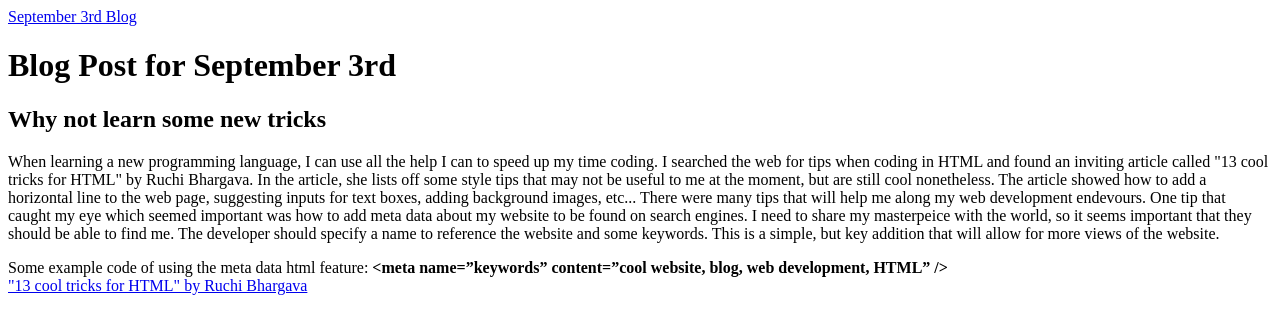
Repository: alharama/WebBlog
Page: second_blog.html
The author's editor kept a copy of each file at every save. The page is drawn from the files as they stood at one save, then again after the next save.
The browser window is 1280 px wide. The pictures show the whole page.

Above is the page before, as saved 2021-09-09 15:47:10.

### second_blog.html
<!DOCTYPE html>

<head>
    <a href="#September3rd"> September 3rd Blog</a>

</head>
<html>

<header>
    <title>Blog Post for September 3rd</title>
</header>

<body>

    <h1>Blog Post for September 3rd</h1>
    <h2>Why not learn some new tricks</h2>
    <p>
        When learning a new programming language, I can use all the help I can to speed
        up my time coding. I searched the web for tips when coding in HTML and found an inviting
        article called "13 cool tricks for HTML" by Ruchi Bhargava. In the article, she lists off some style
        tips that may not be useful to me at the moment, but are still cool nonetheless. The article showed
        how to add a horizontal line to the web page, suggesting inputs for text boxes, adding background images,
        etc... There were many tips that will help me along my web development endevours.
        One tip that caught my eye which seemed important was how to add meta data about my website to be
        found on search engines. I need to share my masterpeice with the world, so it seems important that they
        should be able to find me. The developer should specify a name to reference the website and some keywords.
        This is a simple, but key addition that will allow for more views of the website.
    </p>

</body>




Some example code of using the meta data html feature:
    <b>&lt;meta name=”keywords” content=”cool website, blog, web development, HTML” /></b>



<footer>
    <a href="https://www.freelancer.com/articles/web-development/13-cool-tricks-for-html" target="_blank">"13 cool
        tricks for HTML" by Ruchi Bhargava</a>
</footer>

</html>

After the next save:
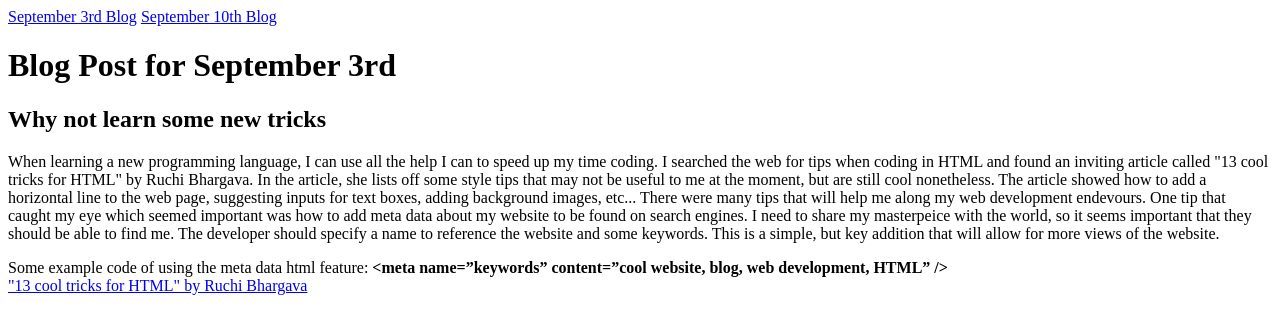
Saved 27 s later.
--- a/second_blog.html
+++ b/second_blog.html
@@ -2,6 +2,8 @@
 
 <head>
     <a href="#September3rd"> September 3rd Blog</a>
+    <a href="#September10th"> September 10th Blog</a>
+
 
 </head>
 <html>
